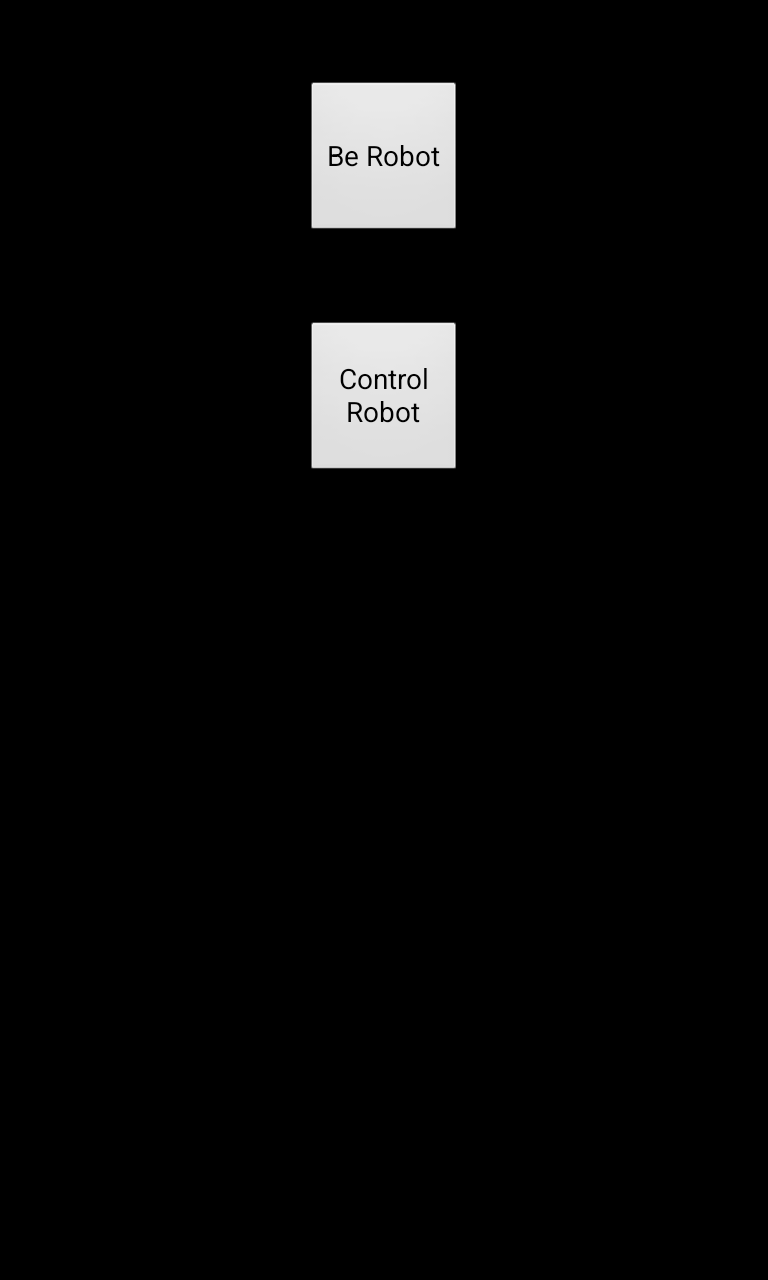
Repository: L8/open_robot
Layout: Android/TouchRobot/res/layout/main.xml
An editor plug-in stored every save of this project. The layout is shown before and after the next save, followed by the edit.
It is drawn on a 768 x 1280 px phone screen (xhdpi) without system bars, with theme android:Theme; the app's code is not run.

Above is the layout before, as saved 2010-10-17 21:31:42.

### Android/TouchRobot/res/layout/main.xml
<LinearLayout xmlns:android="http://schemas.android.com/apk/res/android"
    android:orientation="vertical"
    android:layout_width="fill_parent"
    android:layout_height="fill_parent"
    android:gravity="center_horizontal"

    >

  	<FrameLayout android:id="@+id/spacer_view"
  		xmlns:android="http://schemas.android.com/apk/res/android"
  		android:background="#FF000000"
  		android:gravity="center_vertical"
  		android:layout_width="15px"
  		android:layout_height="80px"
  		android:visibility="invisible"/>

  	<Button android:id="@+id/on_robot_activity_button"
    android:layout_width="160px"
  	android:layout_height="160px"
    android:layout_alignParentBottom="true"
    android:text="Be Robot" />

    <FrameLayout android:id="@+id/spacer_view2"
  		xmlns:android="http://schemas.android.com/apk/res/android"
  		android:background="#FF000000"
  		android:gravity="center_vertical"
  		android:layout_width="15px"
  		android:layout_height="80px"
  		android:visibility="invisible"/>

  	<Button android:id="@+id/control_robot_activity_button"
    android:layout_width="160px"
  	android:layout_height="160px"
    android:layout_alignParentBottom="true"
    android:text="Control Robot" />

</LinearLayout>

After the next save:
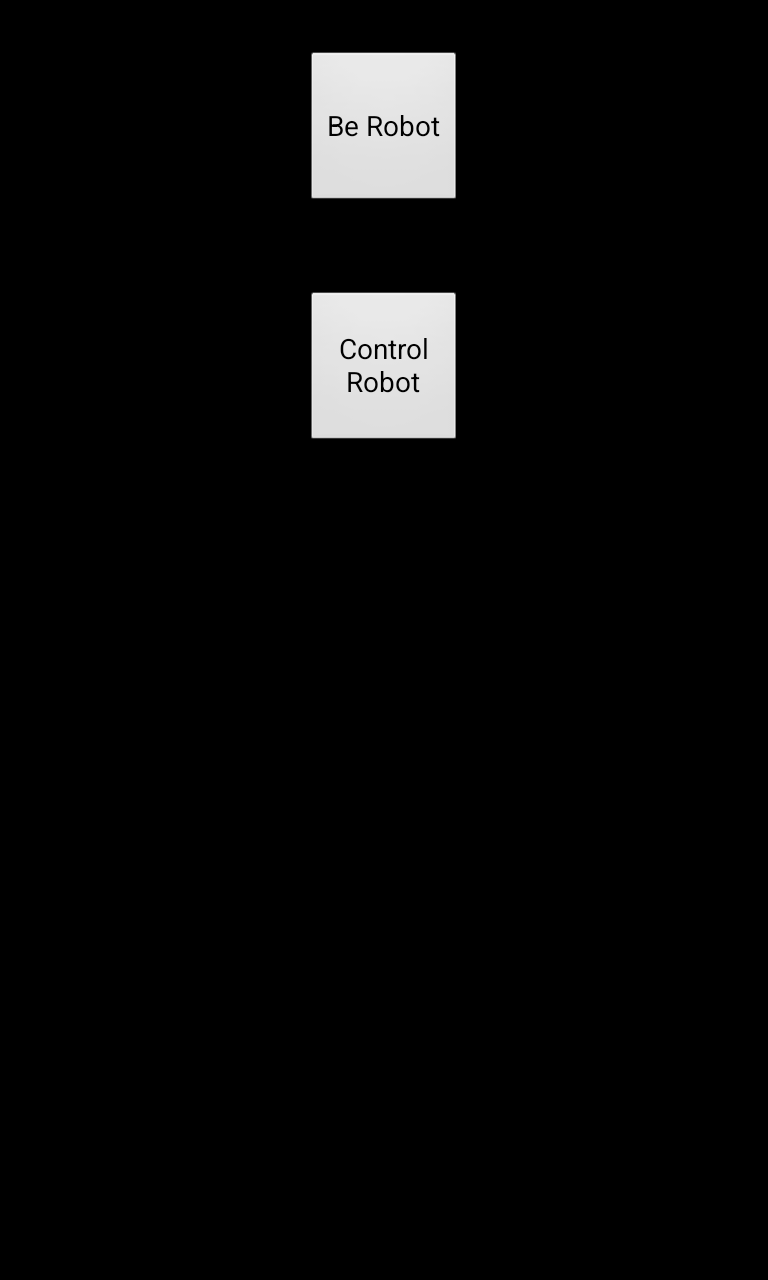
Saved 8 s later.
--- a/Android/TouchRobot/res/layout/main.xml
+++ b/Android/TouchRobot/res/layout/main.xml
@@ -11,7 +11,7 @@
   		android:background="#FF000000"
   		android:gravity="center_vertical"
   		android:layout_width="15px"
-  		android:layout_height="80px"
+  		android:layout_height="50px"
   		android:visibility="invisible"/>
 
   	<Button android:id="@+id/on_robot_activity_button"
